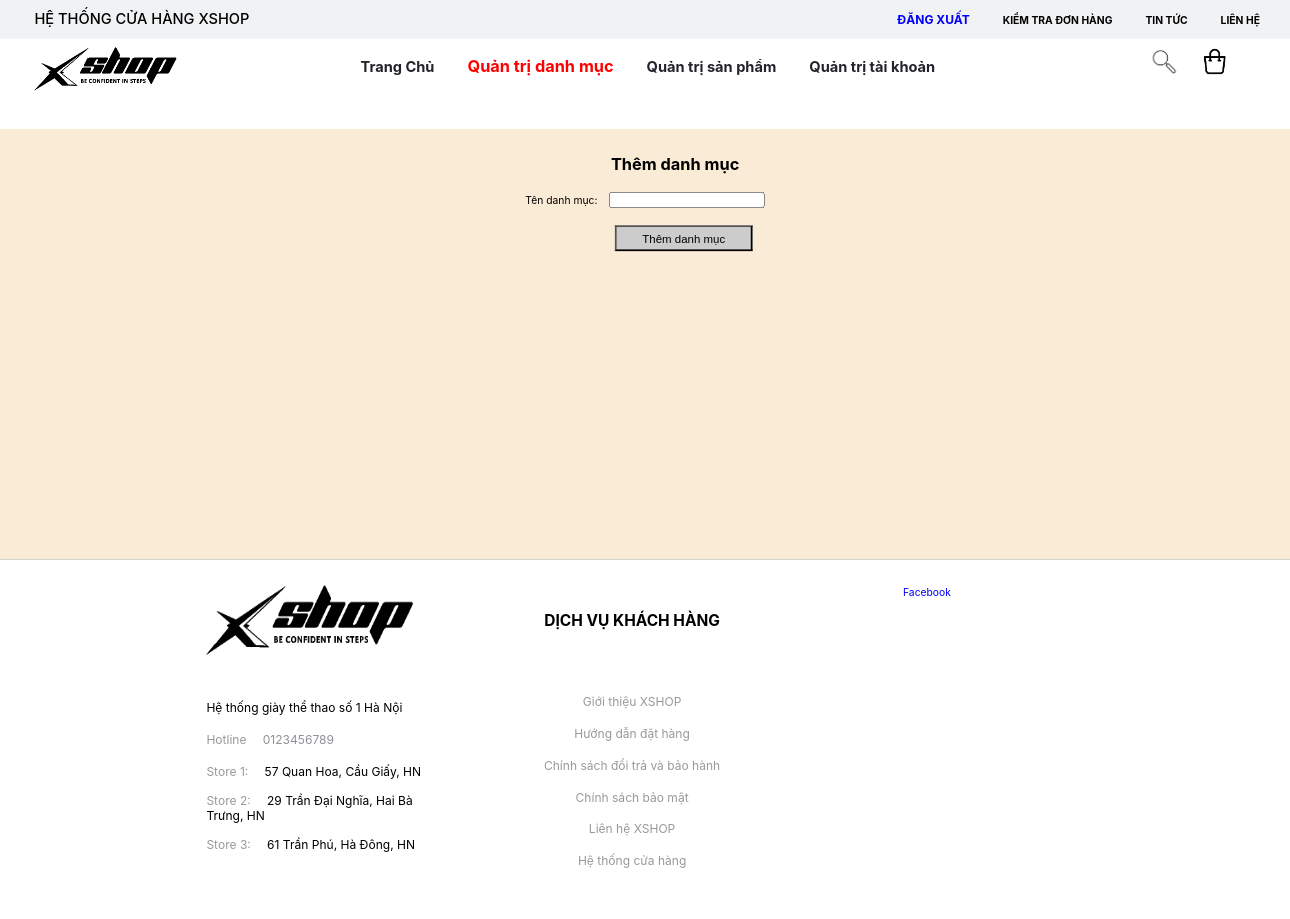
Repository: tienaq123/dam
Page: http://localhost/ass/ad/themdanhmuc.php
The author's editor kept a copy of each file at every save. The page is drawn from the files as they stood at one save, then again after the next save.
The browser window is 1280 px wide. The page is 1500 px wide, so the pictures cover 1500 px, including what lies to the right of the window. The pictures show the whole page, at 86% of full size.
The page is run by PHP 8.4 with error messages shown; the project is at /var/www/html/.

Above is the page before, as saved 2021-10-14 03:10:58.

After the next save:
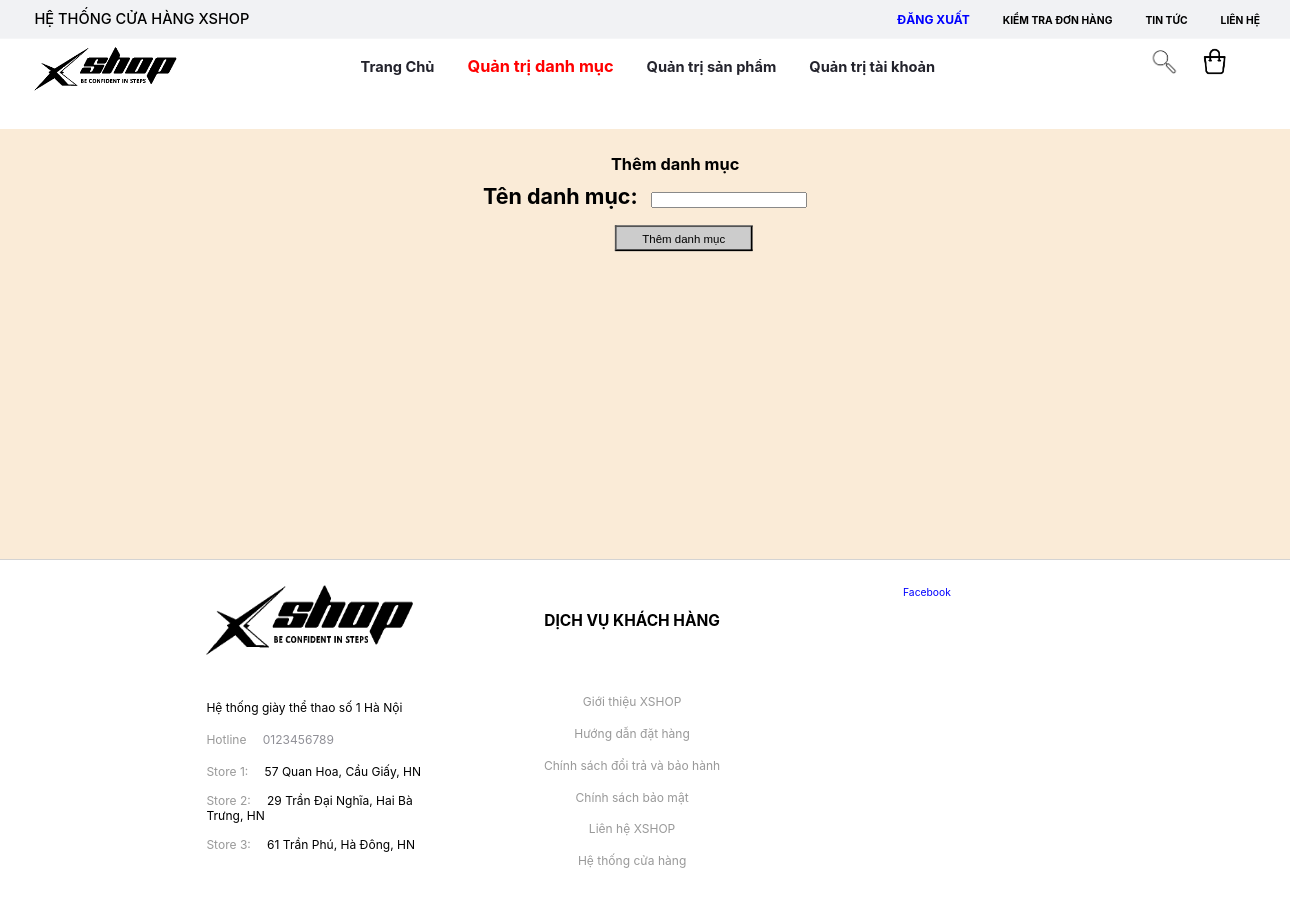
Saved 2 h 0 min later.
--- a/ad/themdanhmuc.php
+++ b/ad/themdanhmuc.php
@@ -50,7 +50,7 @@
         <main>
             <h2 style="font-size: 19px; padding-top: 30px; margin-left: 70px;">Thêm danh mục</h2>
             <form action="" method="POST">
-                Tên danh mục: <input style="margin: 20px 0px 20px 10px;" type="text" name="tendanhmuc"> <br>
+                <Span style="font-size: 25px; font-weight:bold;">Tên danh mục: </Span> <input style="margin: 20px 0px 20px 10px;" type="text" name="tendanhmuc"> <br>
                 <input style="background-color: #ccc; width: 160px; height: 30px; margin:0px 0px 20px 90px;" type="submit" value="Thêm danh mục" name="btn">
             </form>
             <?php
